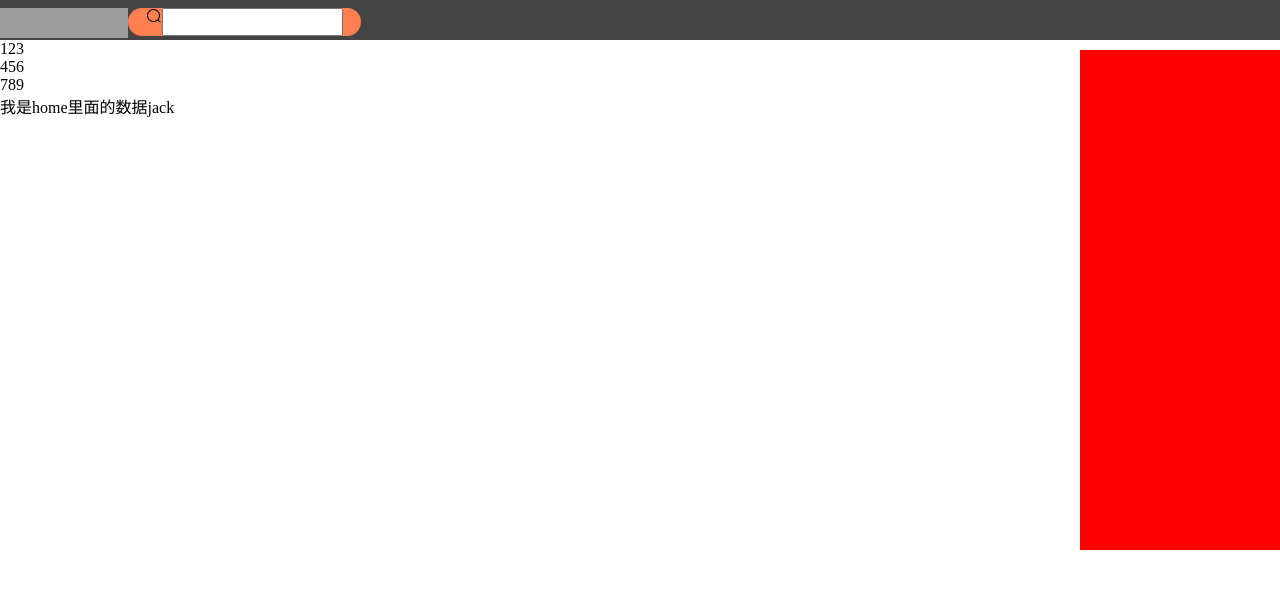
Repository: jinggegeZ/cnode
Page: /
An editor plug-in stored every save of this project. The page is shown before and after the next save, followed by the edit.
The browser window is 1280 px wide. The pictures show the whole page.
Pictures or frames that could not be fetched are drawn as grey boxes. The project was rebuilt for these pictures with package versions that can differ from the ones it lists, and the page was loaded fresh each time.

Above is the page before, as saved 2020-06-05 11:55:22.

After the next save:
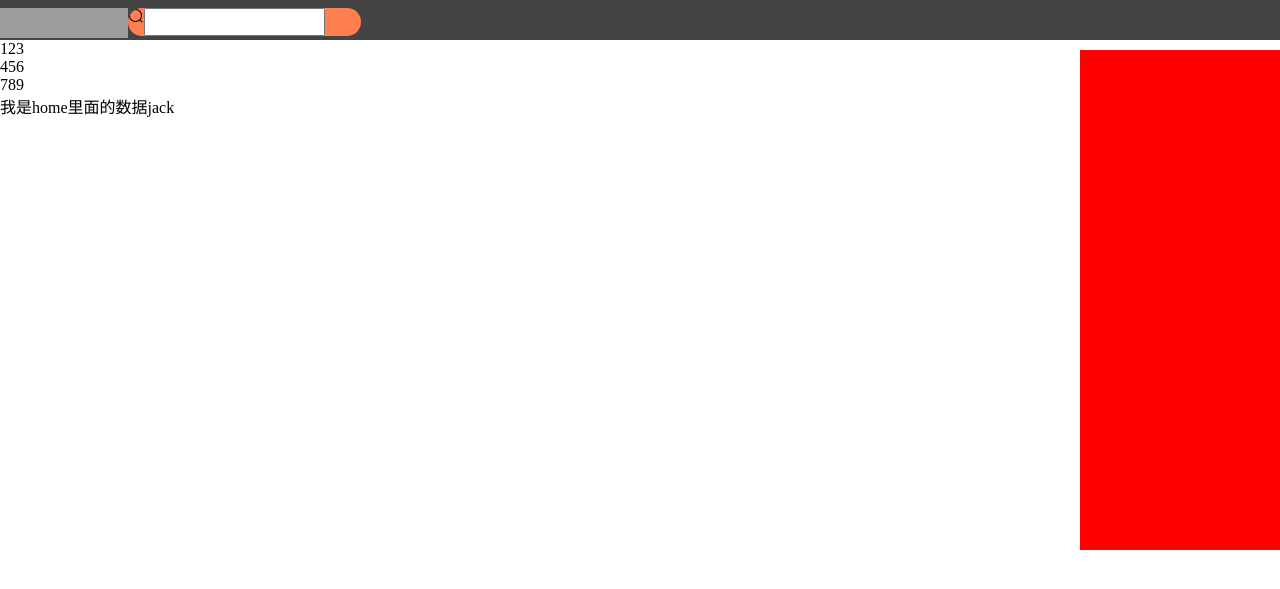
Saved 23 s later.
--- a/src/components/top/top.vue
+++ b/src/components/top/top.vue
@@ -58,7 +58,7 @@ export default {
   border-radius: 50px !important;
   overflow: hidden;
   display: flex;
-  justify-content: center;
+  align-content: center;
   background: coral;
 }
 </style>
